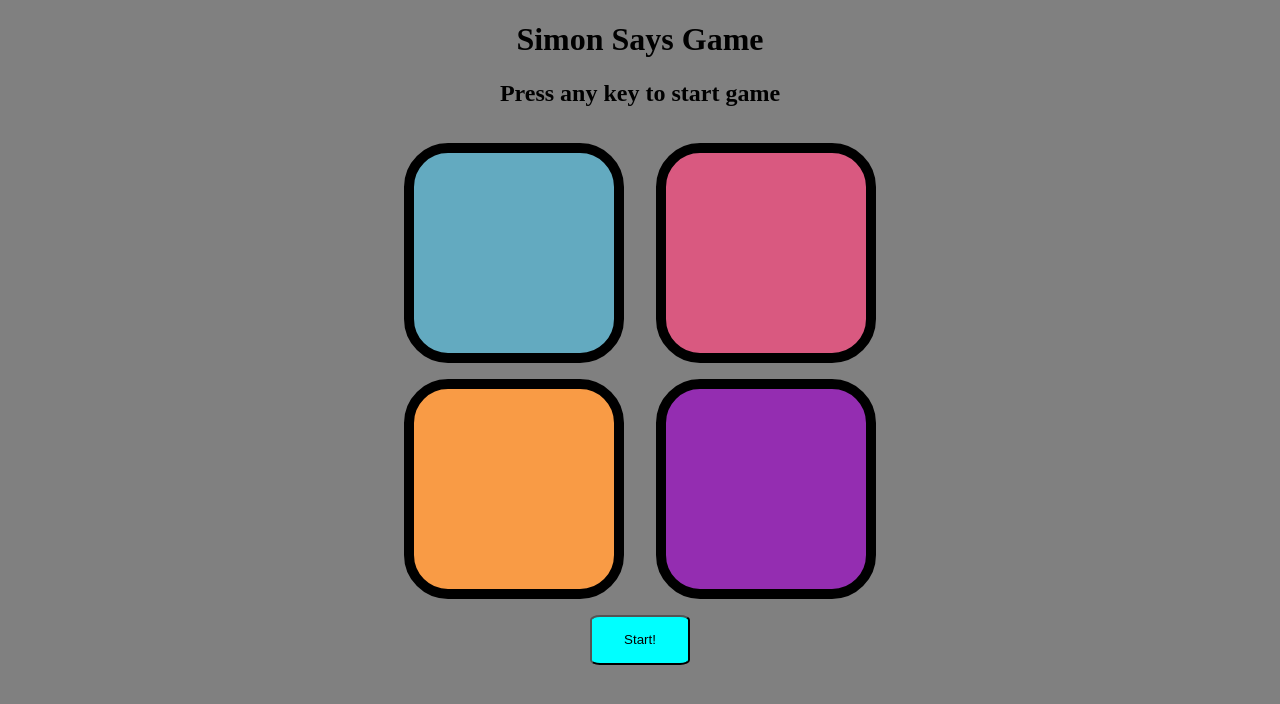
Repository: Ruchii02/javascript-mini-project
Page: index.html
The author's editor kept a copy of each file at every save. The page is drawn from the files as they stood at one save, then again after the next save.
The browser window is 1280 px wide. The pictures show the whole page.

Above is the page before, as saved 2024-07-02 11:46:39.

### index.html
<!DOCTYPE html>
<html lang="en">
<head>
    <meta charset="UTF-8">
    <meta name="viewport" content="width=device-width, initial-scale=1.0">
    <title>Document</title>
    <link rel="stylesheet" href="style.css">
</head>
<body>
   <h1>Simon Says Game</h1>
   <h2>Press any key to start game</h2>
   <div class="btn-container">
    <div class="fline">
        <div class="btn green" type="button" id="green"></div>
        <div class="btn yellow" type="button" id="yellow"></div>
    </div>
    <div class="sline">
        <div class="btn red" type="button" id="red"></div>
        <div class="btn blue" type="button" id="blue"></div>
    </div>
   </div>
   <button class="sbtn">Start!</button>
   <script src="app.js"></script>
</body>
</html>

### style.css
body{
    text-align: center;
    background-color:gray;
}
.btn{
    height: 200px;
    width: 200px;
    border-radius: 20%;
    border: 10px solid black;
    margin: 1rem;

}
.sbtn{
    height: 50px;
    width: 100px;
    border-radius:10%;
    background-color: aqua;
}
.btn-container{
    display: flex;
    justify-content: center;

}
.yellow{
    background-color:#f99b45;
}
.red{
    background-color:#d95980;
}
.green{
    background-color:#63aac0;
}
.blue{
    background-color:#942db1;
}
.flash{
    background-color: white;
}
.userFlash{
    background-color: rgb(107, 209, 107);
}

### app.js
let gameSeq=[];
let userSeq=[];
 let start = false;
 let level=0;
let btns =["yellow","green","red" , "blue"];
let h2= document.querySelector("h2");

 document.addEventListener("keypress" , function(){
   if(start==false){
    console.log("game started");
    start = true;

     levelup();
   }
 });

 function btnFlash(btn){
    btn.classList.add("flash");
    //let f = document.querySelector(".flash");
    //f.background-color(white);
    setTimeout(function() {
      btn.classList.remove("flash");

    } , 250);
 }
 function userFlash(btn){
  btn.classList.add("userFlash");
  setTimeout(function() {
    btn.classList.remove("userFlash");

  } , 250);
}

 function levelup(){
  userSeq = [];
    level++;
    h2.innerText=`Level ${level}`;
     let ranInd = Math.floor(Math.random()*3);
     let ranCol= btns[ranInd];
     let ranBtn = document.querySelector(`.${ranCol}`);
     gameSeq.push(ranCol);
     btnFlash(ranBtn);
    }

    function checkAns( idx ){
      if(userSeq[idx] === gameSeq[idx]){
       if(userSeq.length == gameSeq.length){
       setTimeout(levelup,1000);
       }
      }else{
        h2.innerText   = `Game Over!<br> Your score was :<b> ${level}</b> <br>Press any key to start`;
        document.querySelector("body").style.backgroundColor = "red";
        setTimeout(function(){
          document.querySelector("body").style.backgroundColor = "gray";
        } , 150)
        reset()
      }


    }

    function btnPress (){
      let btn = this;
      userFlash(btn);
      //console.log("btn was pressed");

      userColor = btn.getAttribute("id");
      userSeq.push(userColor);

      checkAns(userSeq.length-1);

    }

    let allBtns = document.querySelectorAll(".btn");
    for(btn of allBtns){
      btn.addEventListener("click" , btnPress);
    }

    function reset(){
      start = false ;
      gameSeq = [];
      userSeq = [];
      level = 0;
    }

After the next save:
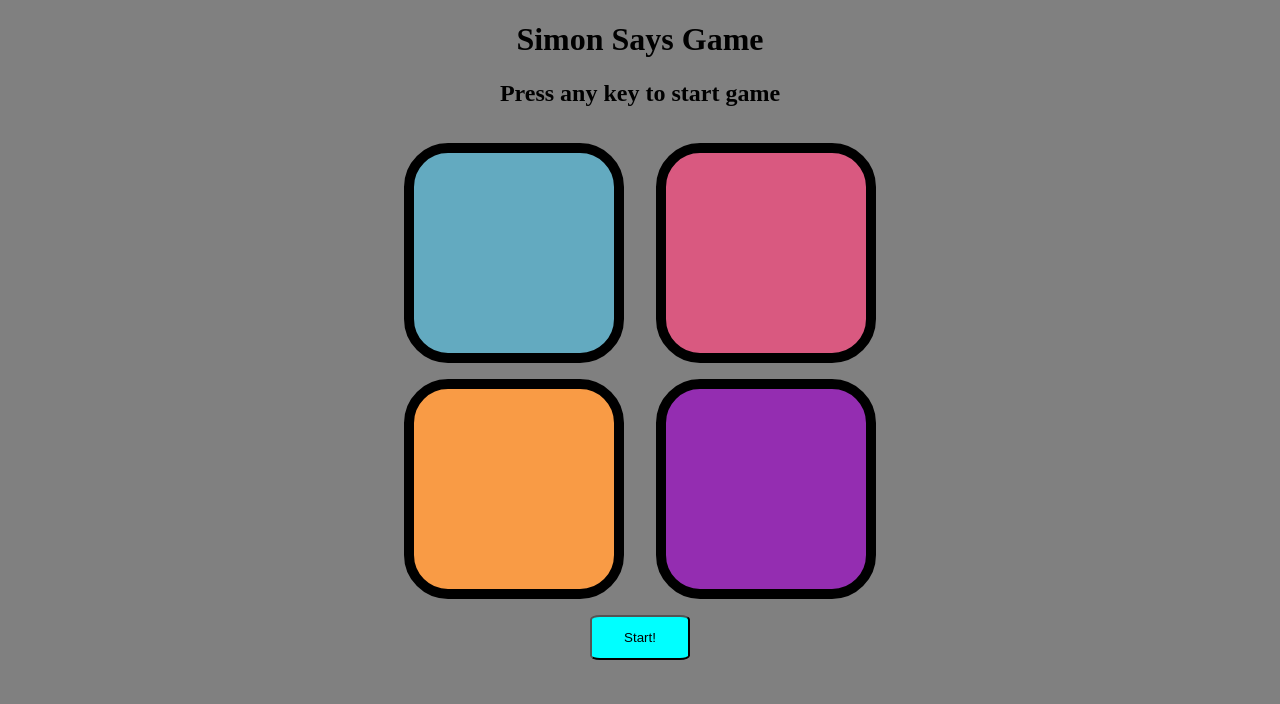
Saved 29 s later.
--- a/style.css
+++ b/style.css
@@ -11,7 +11,7 @@ body{
 
 }
 .sbtn{
-    height: 50px;
+    height: 45px;
     width: 100px;
     border-radius:10%;
     background-color: aqua;
